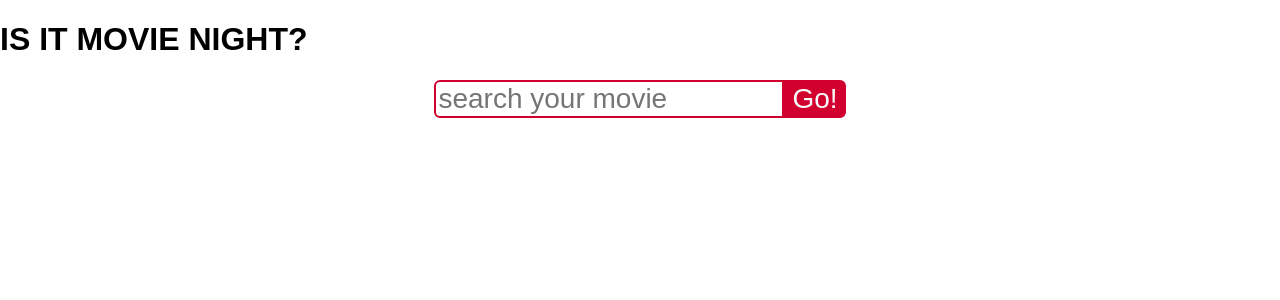
Repository: runner855/movies-app
Page: /
An editor plug-in stored every save of this project. The page is shown before and after the next save, followed by the edit.
The browser window is 1280 px wide. The pictures show the whole page.
The project was rebuilt for these pictures with package versions that can differ from the ones it lists, and the page was loaded fresh each time.

Above is the page before, as saved 2021-06-19 11:49:52.

After the next save:
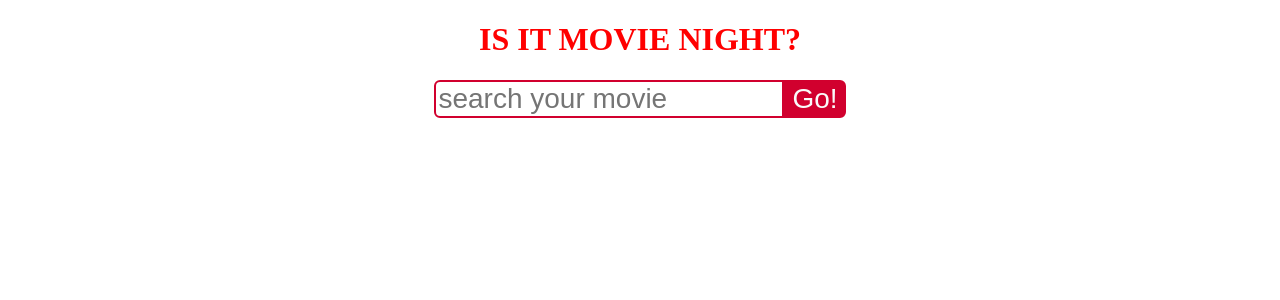
Saved 47 s later.
--- a/src/styles/App.css
+++ b/src/styles/App.css
@@ -1,3 +1,12 @@
+/* header */
+
+h1 {
+  font-family: "BebasNeue";
+  color: red;
+  font-weight: bold;
+  text-align: center;
+}
+
 /* search form */
 
 .search-input {
